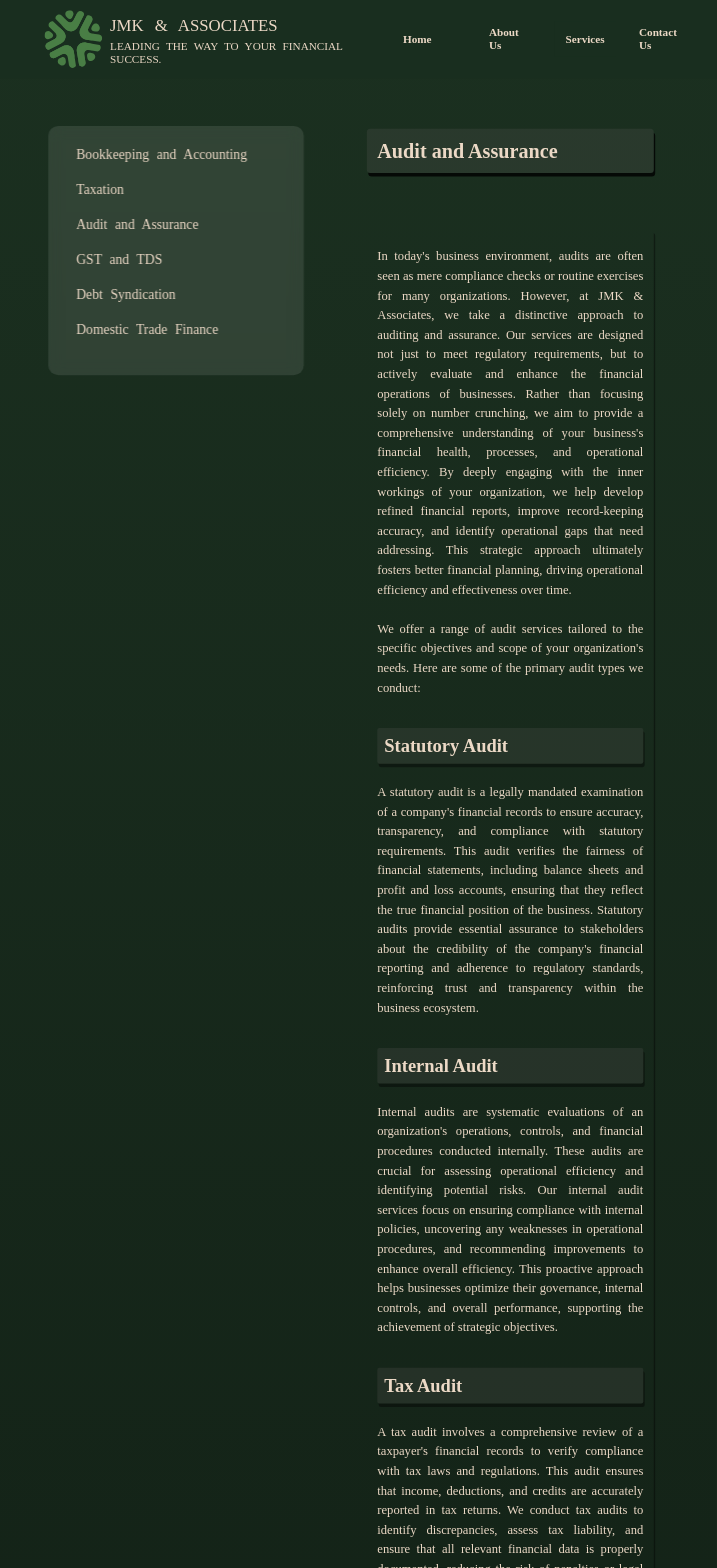
Repository: gama113/jmk
Page: movie/jmk.online/audit_assurance.html
These files come from the project's save history. The page is drawn as it stood at one moment and after a run of saves; the edit follows.
The browser window is 1024 px wide. The pictures show the part of the page from y = 0 to 2240 px (the page is 6729 px tall before and 4458 px after), at 70% of full size.

Above is the page before, as saved 2025-03-18 16:24:46.

After the next 2 saves:
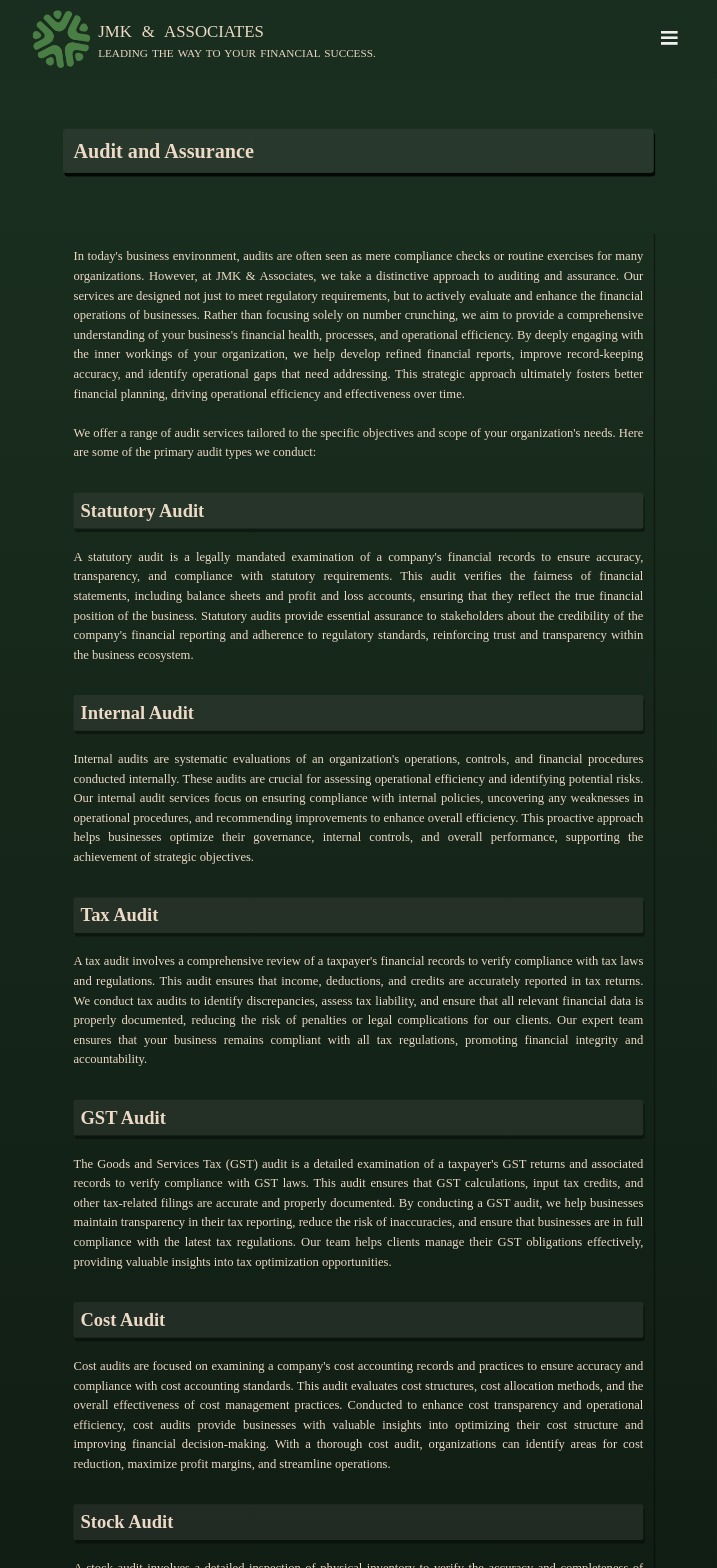
The 2 saves are shown as one change because they came seconds apart.
The last was saved 21 s later.
--- a/movie/jmk.online/service_queries.css
+++ b/movie/jmk.online/service_queries.css
@@ -97,8 +97,7 @@
 /**************************/
 
 @media (max-width: 1024px) {
-
-  /* .tag-line h2 {
+  .tag-line h2 {
     word-spacing: 0.525rem;
   }
 
@@ -128,13 +127,12 @@
 
 
   /* SIDE PANNEL */
-  /* .flex_box {
+  .flex_box {
     margin-right: 0;
     display: none;
-  } */
-
-
-  /* #mySidebar_sidepanel {
+  }
+
+  #mySidebar_sidepanel {
     display: block;
     white-space: nowrap;
   }
@@ -197,10 +195,10 @@
     -webkit-box-shadow: inset 5px 0px 0px 0px rgb(255, 255, 255);
     -moz-box-shadow: inset 5px 0px 0px 0px rgb(255, 255, 255);
     box-shadow: inset 5px 0px 0px 0px rgb(255, 255, 255);
-  } */
-
-
-  /* .dropdown-content a:hover {
+  }
+
+
+  .dropdown-content a:hover {
     background-color: rgba(0, 0, 0, 0);
   }
 
@@ -218,15 +216,15 @@
   .dropdown-content {
     min-width: 375px;
     bottom: -329px;
-  } */
-
-  /* .drop-flex {
+  }
+
+  .drop-flex {
     margin-left: 90px;
     display: flex;
     margin-bottom: 20px;
     margin-top: 20px;
     min-width: none;
-  } */
+  }
 
   /* .contact_us_ancor {
   margin-top: 340px;
